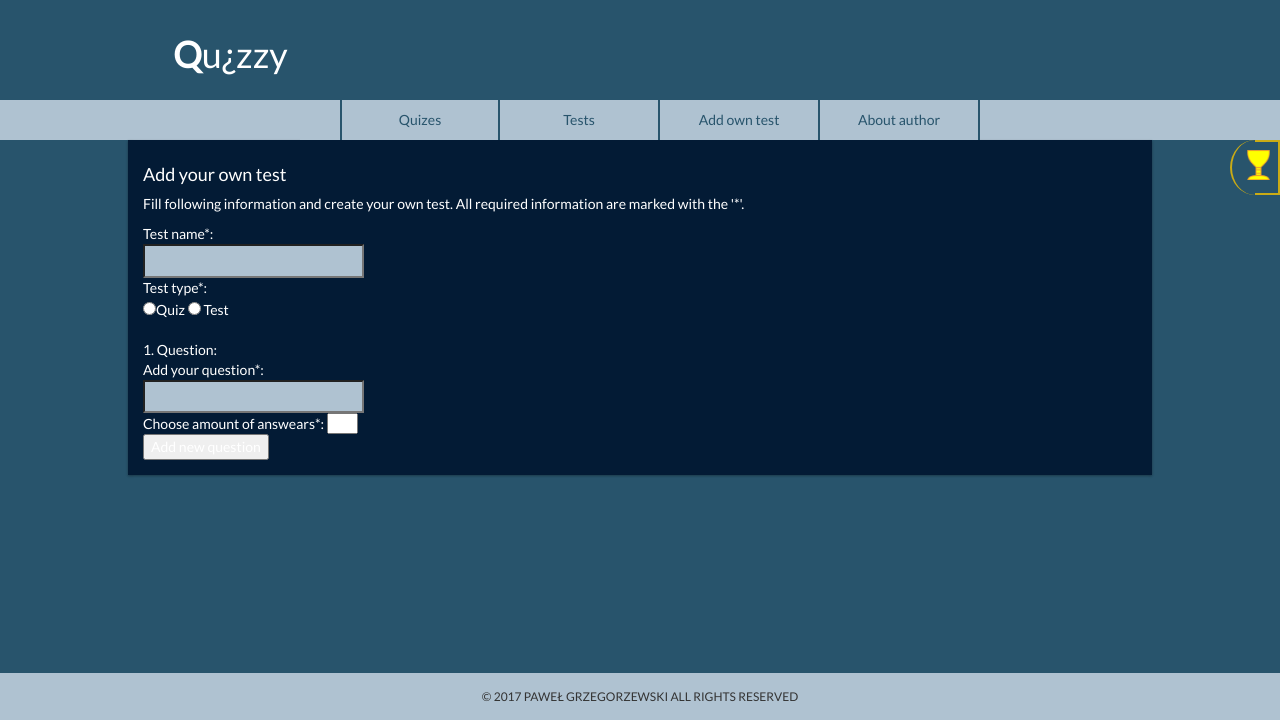
Repository: pgrzegorzewski/quiz
Page: http://localhost/app/add_test.php
These files come from the project's save history. The page is drawn as it stood at one moment and after the next save; the edit follows.
The browser window is 1280 px wide. The pictures show the whole page.
Some web libraries are served in a nearby version. The page is run by PHP 8.4 with error messages shown; the project is at /var/www/html/.

Above is the page before, as saved 2017-09-17 17:05:21.

### htdocs/app/learningapp/app/add_test.php
<!DOCTYPE html>
<html>
<head>
	<meta name="viewport" content="width=device-width, initial-scale=1.0">
	<meta http-equiv="content-type" content="text/html; charset=utf-8">
	<meta charset="utf-8">
	<link rel="stylesheet" href="https://maxcdn.bootstrapcdn.com/bootstrap/3.3.7/css/bootstrap.min.css">
	<script src="https://ajax.googleapis.com/ajax/libs/jquery/3.1.1/jquery.min.js"></script>
	<script src="https://maxcdn.bootstrapcdn.com/bootstrap/3.3.7/js/bootstrap.min.js"></script>
	<link href="https://fonts.googleapis.com/css?family=Lato" rel="stylesheet">
	<link rel="StyleSheet" href="../css/index.css" />
	<link rel="StyleSheet" href="../css/question.css" />
	<link rel="StyleSheet" href="../css/add_test.css" />
	<link rel="StyleSheet" href="../css/side_menu_leaderboard.css" />
	<script type="text/javascript" src="../js/question.js"></script>
	<script type="text/javascript" src="../js/add_test.js"></script>
	<script type="text/javascript" src="../js/side_menu_leaderboard.js"></script>
</head>

<body>

<div class="container-fluid">

	<div class= "sidemenu_2">

	</div>
	<div class= "sidemenu">
		<p style="cursor:pointer"><img src = "../resources/img/trophy.png" height = "50px" onmouseover="openLeaderboard()"/></p> <!-- &#9776; -->
	</div>
	<div id = 'leaderboard' class = 'leaderboard' onmouseleave = "closeLeaderboard()" >
		<a href = "javascript:void(0)" class = "closebtn" onclick = "closeLeaderboard()">&times;</a>
		test 1000pts;
	</div>


	<header class ="header">
		<h1 id="title"><a href ="index.php"><b>Q</b>u¿zzy</a></h1>
	</header>

	<div class="nav">
		<ol>
			<li>
				<a href ='quiz.php'>Quizes</a>
			</li>
			<li>
				<a href ='#'>Tests</a>
				<ul>
					<li><a href="#">Personality</a></li>
					<li><a href="#">Cultural</a></li>
					<li><a href="#">Science</a></li>
					<li><a href="entertaining_test.php">Entertaining</a></li>
				</ul>
			</li>
			<li>
				<a href="#" id = "visited">Add own test</a>
			</li>
			<li>
				<a href ='#'>About author</a>
			</li>
		</ol>
	</div>

	<section class = "section">
		<div id ="welcome_div">
			<h4>Add your own test</h4>
			<div id = "add_test_container">
				<p>Fill following information and create your own test. All required information are marked with the '*'.</p>
				<form>
				  Test name*:<br>
				  <input class = "testGeneralInformation" id = "testName" type ="text" name ="test_name"><br>
				  Test type*:<br>
				  <input type ="radio" name ="testTypeChoose" value = "quiz">Quiz
				  <input type ="radio" name ="testTypeChoose" value ="test"> Test
				</form><br>
				<div id = "question_container">
					<div class = 'new_question_div'>
						<form class = "newQuestion" id = '1'>
						1. Question:<br>
						Add your question*:<br>
						<input class = "testGeneralInformation" type = "text" name = "question"><br>
						Choose amount of answears*:
						<select id = "selectAnswears1" name="answears_amount"  onchange="addAnswears(this)">
							  <option value="2">2</option>
							  <option value="3">3</option>
							  <option value="4">4</option>
						</select>
						<div id = "question_answears_container_1"></div>
						<input class = "nextQuestionAdd" id = '1' type = "button" value = "Add new question" onclick = "addNewQuestion(this)">
						</form>
					</div>
				</div>
			</div>
		</div>

	</section>
	<div class="footer">
		© 2017 PAWEŁ GRZEGORZEWSKI ALL RIGHTS RESERVED
	</div>
</div>


<script type="text/template" id="questionTemplate">
    <br>
	<div class = 'new_question_div'>
		<form class = "newQuestion" id = "{{id}}">
		{{id}} . Question:<br>
		Add your question*:<br>
		<input class = "testGeneralInformation" type = "text" name = "question"><br>
			Choose amount of answears*:
			<select id = 'selectAnswears{{id}}' name="answears_amount" onchange="addAnswears(this)">
				  <option value="2">2</option>
				  <option value="3">3</option>
				  <option value="4">4</option>
			</select>
			<div id = "question_answears_container_{{id}}"></div>
				<input class = "nextQuestionAdd" id = "{{id}}" type = "button" value = "Add new question" onclick = "addNewQuestion(this)">
		</form>
	</div>
</script>


<script type="text/template" id="questionAnswearsTemplate">
    <br>
	<table>
		<tr>
			<td class = 'questionAnswear{{id}} id = 'answear{{id}}A' hidden = true>A<br/><input class = "question_answear_input" type = "text" name = "answear{{id}}A"></td>
			<td class = 'questionAnswear{{id}} id = 'answear{{id}}B' hidden = true>B<br/><input class = "question_answear_input" type = "text" name = "answear{{id}}B"></td>
			<td class = 'questionAnswear{{id}} id = 'answear{{id}}C' hidden = true>C<br/><input class = "question_answear_input" type = "text" name = "answear{{id}}C"></td>
			<td class = 'questionAnswear{{id}} id = 'answear{{id}}D' hidden = true>D<br/><input class = "question_answear_input" type = "text" name = "answear{{id}}D"></td>
		</tr>
	</table>
</script>


</body>
</html>


<?php
	$answearAmount = 2;

	function setAnswearAmount($value){
		$answearAmount = $value;
	}
?>

### htdocs/app/learningapp/css/index.css

.container-fluid
{
	min-height: 100%;
	background-color:#28546C;
	width:100%;
	font-family: 'Lato', sans-serif;
	margin: 0;
	padding:0;
}

h1 > a
{
	text-decoration:none;
	color: white;
}

h1 > a:hover
{
	text-decoration:none;
	color: white;
}

h1 > a:active
{
	text-decoration:none;
	color: white;
}

img{
	padding:10px;
}

#img2{
	padding:3px;
	padding-bottom:12px;
}

html {
    font-family: "Lucida Sans", sans-serif;
    background-color:#28546C;
}

h1, h2, h3 ,h4{
	color: white;
	text-align:ceter;
}

#title{
	margin-left:30px;
}

body
{
	height:100%;
	padding-bottom:60px;
	background-color:#28546C;
	margin:0 !important;

}


.title {
	text-align:center;
}

.buttons_next_prev{
	text-align:center;
}


.header {
	width:80%;
	margin:0 auto;
    background-color: #28546C;
    color: #ffffff;
    padding: 15px;
	text-decoration: none;

}

.menu_header {
	width:80%;
    background-color: #CCCCCC;
    padding: 10px;
    color: white;
    text-align: center;
    font-size: 14px;
    box-shadow: 0 1px 3px rgba(0,0,0,0.12), 0 1px 2px rgba(0,0,0,0.24);
	width:auto;
}


.section{

	width: 80%;
	margin:0 auto;
	background-color: #031B35;
    padding: 15px;
    color: white;
    text-align: justify;
    font-size: 14px;
    box-shadow: 0 1px 3px rgba(0,0,0,0.12), 0 1px 2px rgba(0,0,0,0.24);
}

td
{
	padding-right:12px;
}


.canvas{

	 width: 500px;
	 height: 300px;
	 color: #FFFFFF;
}

.nav {
	width:100%;
	background-color:#AFC2D1;
	text-align: center;

}

.nav ol
{
	margin:0;
	background-color:#AFC2D1;
	list-style:none;
	line-height: 200%;
	display:inline-block;
	vertical-align:middle;
	height:40px;
	width:680px;
}


ol a
{
	color: #28546C;
	text-decoration:none;
	display:block;
	height:40px;
	padding:6px;
	vertical-align: middle;
	text-align: center;
	z-index:200;
}

ol > li
{
	list-style:none;
	width: 160px;
	color: #28546C;
	background-color:#AFC2D1;
	border-right:2px solid #28546C;
	float:left;
	display: table-cell;

}

ol > li:hover
{
	background-color:#CAAB15;

}

ol > li a:hover
{
	color:white;
	border: 1px solid white;
}

ol > li:hover > ul
{
	display:block;
}

ol > li:hover > a
{
	color:white;
	border: 1px solid white;
}


ol > li:first-child
{
	border-left:2px solid #28546C;
}

ol > li > ul
{
	display: none;
	position: relative;
	z-index: auto;
	list-style-type: none;
	padding:0;
	margin:0 auto;
}

ol > li > ul > li
{
	border-top: 2px solid #28546C;
	background-color: #AFC2D1;

}

ol > li > ul > li > a
{
	width: 160px;
}

ol > li > ul > li:hover
{
	background-color:#CAAB15;
}

ol > li > ul > li > a:hover
{
	color:white;
	border: 1px solid white;
}

.section a:link, a:visited {

    background-color: #CCCCCC;
	padding: 3px;
	width: 50px;
    text-decoration: none;
}


.section a:hover, a:active {
    background-color: #999999;
	color: white;
}

.answear_header
{
	height:76px;
}

.answear_img
{
	margin-left:120px;
	float: left;
	height: 50px;

}
.answear
{
 	display: table;
	float: left;
	height:50px;
}


.answear > p
{
 	display: table-cell;
	vertical-align: middle;
}


.footer {
    background-color: #AFC2D1;
    font-size: 12px;
    padding: 15px;
    bottom: 0;
    position : fixed;
    width: 100%;
    text-align:center;

}

.submenu{
	display:none;
}



@media only screen and (min-width: 768px) and (max-width: 922px) {
    .col-m-1 {width: 8.33%;}
    .col-m-2 {width: 16.66%;}
    .col-m-3 {width: 25%;}
    .col-m-4 {width: 33.33%;}
    .col-m-5 {width: 41.66%;}
    .col-m-6 {width: 50%;}
    .col-m-7 {width: 58.33%;}
    .col-m-8 {width: 66.66%;}
    .col-m-9 {width: 75%;}
    .col-m-10 {width: 83.33%;}
    .col-m-11 {width: 91.66%;}
    .col-m-12 {width: 100%;}
}

@media only screen and (min-width: 922px) and (max-width: 1200px) {
    .col-1 {width: 8.33%;}
    .col-2 {width: 16.66%;}
    .col-3 {width: 25%;}
    .col-4 {width: 33.33%;}
    .col-5 {width: 41.66%;}
    .col-6 {width: 50%;}
    .col-7 {width: 58.33%;}
    .col-8 {width: 66.66%;}
    .col-9 {width: 75%;}
    .col-10 {width: 83.33%;}
    .col-11 {width: 91.66%;}
    .col-12 {width: 100%;}
}

@media only screen and (min-width: 1200px){
    .col-1 {width: 8.33%;}
    .col-2 {width: 16.66%;}
    .col-3 {width: 25%;}
    .col-4 {width: 33.33%;}
    .col-5 {width: 41.66%;}
    .col-6 {width: 50%;}
    .col-7 {width: 58.33%;}
    .col-8 {width: 66.66%;}
    .col-9 {width: 75%;}
    .col-10 {width: 83.33%;}
    .col-11 {width: 91.66%;}
    .col-12 {width: 100%;}
}

### htdocs/app/learningapp/css/question.css
#question
{
	text-align: center;

}


#question button{
	min-width: 50px;
	text-align: center;
}

#question th{
	min-width: 50px;
	text-align: center;
}

td, th > #question{
	min-width: 90px;
	padding:10px;
	text-align: center;
}

### htdocs/app/learningapp/css/add_test.css
.testGeneralInformation
{
	color:#28546C;
	background-color:#AFC2D1;
	font-size:19px;

}

### htdocs/app/learningapp/css/side_menu_leaderboard.css
.leaderboard
{
	height:40%;
	width:0;
	position: fixed;
	z-index: 250;
	top: 140px;
	right: 0;
	border:0px solid #CAAB15;
	background-color:#AFC2D1;
	overflow-x: hidden;
	transition: 0.5s;
	padding-top: 60px;
	hidden:true;
	text-align:center;
}

.leaderboard .closebtn{
	position: absolute;
	top: 0;
	right:5px;
	font-size: 25px;
	margin-right: 0px;
}

.sidemenu
{
	height:55px;
	width:50px;
	border-radius:100%;
	border-left:2px solid #CAAB15;
	position: fixed;
	z-index: 200;
	top: 140px;
	right: 0;
	font-size:20px;
	text-align:center;
}

.sidemenu_2
{
	height:55px;
	width:25px;
	position: fixed;
	z-index: 150;
	top: 140px;
	right: 0;
	border-bottom:2px solid #CAAB15;
	border-top:2px solid #CAAB15;
	border-right:2px solid #CAAB15;
}

### htdocs/app/learningapp/js/question.js
window.addEventListener("resize", answearPositionChange);
window.addEventListener("load", answearPositionChange);

var success_alerts = ["Yeah, You are right;)", "Great, You earn a point", "Wow! Amazing", "Point for You;)"];
var failure_alerts = ["Maybe next time will be better", "Nope, not this time:(", "Unfortunately not;/", "That s not Your day;/"];



function checkAnswear(button)
{
	var image = document.createElement("img");
	image.setAttribute("height", "50px");
	image.setAttribute("width", "50px");

	if(button.id == 1){
		image.setAttribute("src", "../resources/img/correct.png");
	}
	else{
		image.setAttribute("src", "../resources/img/error.png");
	}

	blockButtons();
	document.getElementById("answear").innerText = drawAnswearAlert(button.id);
	document.getElementById("answear_img").appendChild(image);
	/*if(window.innerWidth > 765)
	{
		image.setAttribute("align", "left");
		document.getElementById("answear_img").appendChild(image);
	}
	else
		document.getElementById("answear").appendChild(image);*/
	changeClassButton(button, button.id);

}

function drawAnswearAlert(answearType)
{
	if(answearType == 1)
		return success_alerts[Math.floor(Math.random() * success_alerts.length)];
	else
		return failure_alerts[Math.floor(Math.random() * failure_alerts.length)];

}

function changeClassButton(button, id)
{
	if(id == 1)
	{
		button.classList.remove('btn-info');
		button.classList.add('btn-success');
	}
	else
	{
		button.classList.remove('btn-info');
		button.classList.add('btn-danger');
	}

}

function blockButtons()
{
	$(".btn").attr("disabled", "disabled");
}



function answearPositionChange() {
	if(window.innerWidth < 765){
		$(".answear_header").height(20);
		//$("#answear").width($(".col-sm-6").width()-100);				//
		//$("#answear").css('text-align',  'center');
		//$("#answear > img").attr('align' ,'middle');
	}
	else
	{
		$(".answear_header").height(76);
	}
}

### htdocs/app/learningapp/js/add_test.js
function addNewQuestion(button)
{
	button.hidden = true;
	var id = Number(button.id) + 1;

	var questionTemplate = $("#questionTemplate").html();

	$("#question_container").append(questionTemplate.replace(/{{id}}/g, id));
}

function addAnswears(select)
{
	select.disabled = true;

	var id = select.id.slice(-1);
	console.log(id);

	var answearContainer = '#question_answears_container_' + id;
	console.log(answearContainer);

	var questionAnswearTemplate = $("#questionAnswearsTemplate").html();
	$(answearContainer).append(questionAnswearTemplate.replace(/{{id}}/g, id));

	var activeAnswears = select.options[select.selectedIndex].value;

	showAnswears(activeAnswears, id);


}

function showAnswears(activeAnswears, id)
{
	var classString = "questionAnswear" + id;

	var answears = document.getElementsByClassName("questionAnswear" + id);

	console.log(answears.length);
	for (i = 0; i < activeAnswears; i++) {
	    answears[i].hidden = false;
	}
}

### htdocs/app/learningapp/js/side_menu_leaderboard.js
function openLeaderboard()
{
	document.getElementById("leaderboard").style.width = "250px";
	document.getElementById("leaderboard").style.border = "2px solid #CAAB15";

}

function closeLeaderboard()
{
	document.getElementById("leaderboard").style.width = "0px";
	document.getElementById("leaderboard").style.border = "0px solid #CAAB15";
}

After the next save:
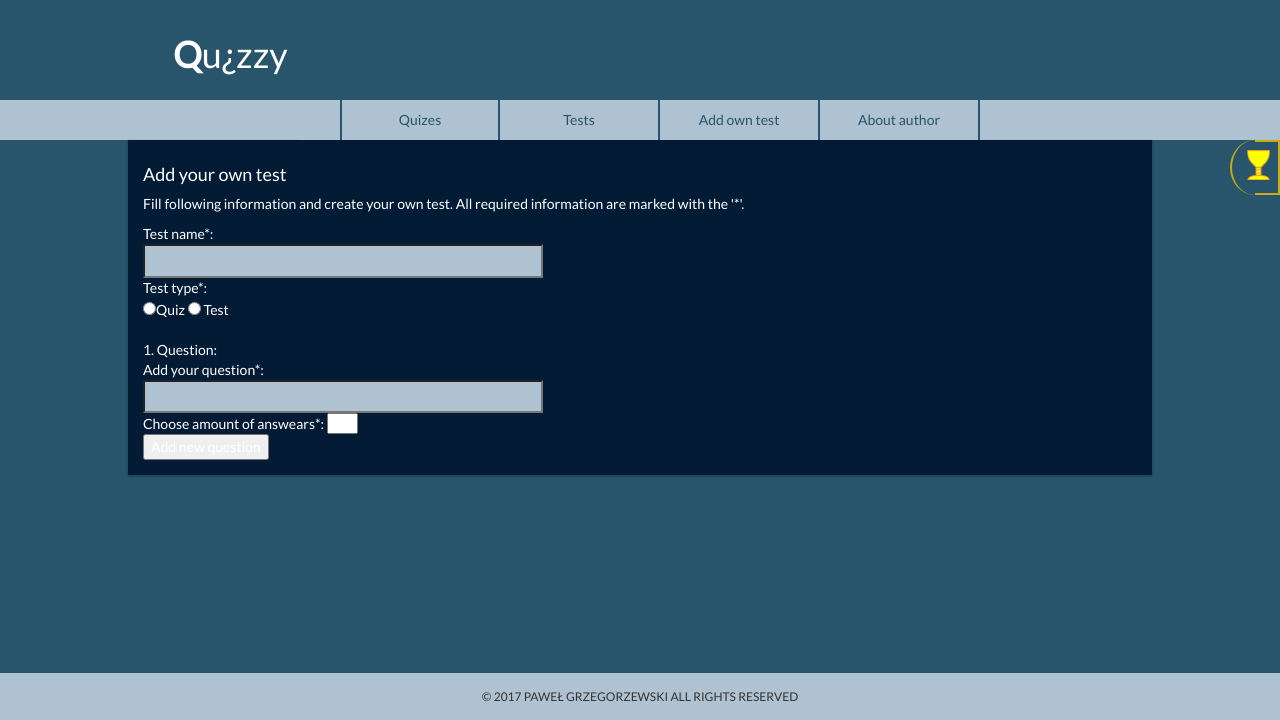
Saved 98 s later.
--- a/htdocs/app/learningapp/css/add_test.css
+++ b/htdocs/app/learningapp/css/add_test.css
@@ -3,5 +3,6 @@
 	color:#28546C;
 	background-color:#AFC2D1;
 	font-size:19px;
+	width:400px;
 
 }
